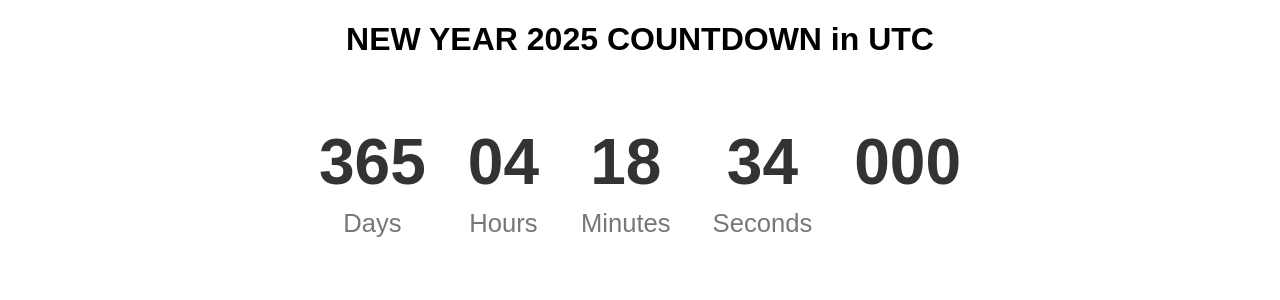
Repository: end888160/end888160.github.io
Page: countdown2025.ja.html
An editor plug-in stored every save of this project. The page is shown before and after the next save, followed by the edit.
The browser window is 1280 px wide. The pictures show the whole page.

Above is the page before, as saved 2024-09-21 17:36:11.
Console error: ReferenceError: countDownTarget is not defined

### countdown2025.ja.html
<!DOCTYPE html>
<html lang="ja">
<head>
    <meta charset="UTF-8">
    <meta name="viewport" content="width=device-width, initial-scale=1.0">
    <meta name="description" content="新年を祝いましょう！">
    <title>カウントダウン</title>
    <style>
    #countdown {
        display: flex;
        justify-content: center;
        align-items: center;
        font-family: Arial, Helvetica, sans-serif;
        font-size: xx-large;
        margin-top: 5%;
        color: #333;
    }

    .countdown-item {
        margin: 0 10px;
        text-align: center;
        text-align: center;
    }

    .countdown-value {
        font-size: 2em;
        font-weight: bold;
    }

    .countdown-label {
        font-size: 0.8em;
        color: #777;
    }
    td {
        padding-left: 20px;
        padding-right: 20px;
    }
    h1 {
        text-align: center;
        font-family: Arial, Helvetica, sans-serif;
        font-size: xx-large;
    }
    @media (prefers-color-scheme: light) {
        html {
        background-color: white;
        color: black;
        }
    }
    @media (prefers-color-scheme: dark) {
        html {
        background-color: black;
        color: white;
        }
    }
    </style>
</head>
<body>
    <h1 id="header"></h1>
    <div id="countdown">
    <table class="countdown-item">
    <tr>
        <td><span class="countdown-value" id="days"></span></td>
        <td><span class="countdown-value" id="hours"></span></td>
        <td><span class="countdown-value" id="minutes"></span></td>
        <td><span class="countdown-value" id="seconds"></span></td>
        <td><span class="countdown-value" id="mseconds"></span><span class="countdown-label"></span></td>
    </tr>
        <td><span class="countdown-label">Days</span></td>
        <td><span class="countdown-label">Hours</span></td>
        <td><span class="countdown-label">Minutes</span></td>
        <td><span class="countdown-label">Seconds</span></td>
        <td></td>
</table>

    <script>

// Update the count down every 1 second]

var x = setInterval(function() {

    // Set the date we're counting down to
    var countDownTarget = 2025
    var countDownDate = new Date("Jan 1, " + countDownTarget + " 00:00:00").getTime();
    var currentTimeZone = Intl.DateTimeFormat().resolvedOptions().timeZone

    // Get today's date and time
    var now = new Date().getTime();

    // Find the distance between now and the count down date
    var distance = countDownDate - now;

    // Time calculations for days, hours, minutes and seconds
    var days = Math.floor(distance / (1000 * 60 * 60 * 24));
    var hours = Math.floor((distance % (1000 * 60 * 60 * 24)) / (1000 * 60 * 60));
    const hour = hours < 10 ? "0" + hours : hours;
    var minutes = Math.floor((distance % (1000 * 60 * 60)) / (1000 * 60));
    const minute = minutes < 10 ? "0" + minutes : minutes;
    var seconds = Math.floor((distance % (1000 * 60)) / 1000);
    const second = seconds < 10 ? "0" + seconds : seconds;
    var mseconds = Math.floor(distance % 1000);
    const msecond = mseconds < 10 ? "0" + "0" + mseconds : mseconds < 100 ? "0" + mseconds : mseconds;

    // Display the result in the element with id="countdown"
    document.getElementById("days").innerHTML = days;
    document.getElementById("hours").innerHTML = hour;
    document.getElementById("minutes").innerHTML = minute;
    document.getElementById("seconds").innerHTML = second;
    document.getElementById("mseconds").innerHTML = msecond;
    if ( currentTimeZone === "undefined" ) {
        document.getElementById("header").innerHTML = "NEW YEAR " + countDownTarget + " COUNTDOWN"
    } else {
        document.getElementById("header").innerHTML = "NEW YEAR " + countDownTarget + " COUNTDOWN in " + currentTimeZone;
    }


    // If the count down is finished, write some text
    if (distance < 0) {
        clearInterval(x);
        document.getElementById("countdown").innerHTML = "HAPPY NEW YEAR!";
    }
}, 0);
document.title = "Countdown to " + countDownTarget;
    </script>
</body>
</html>

After the next save:
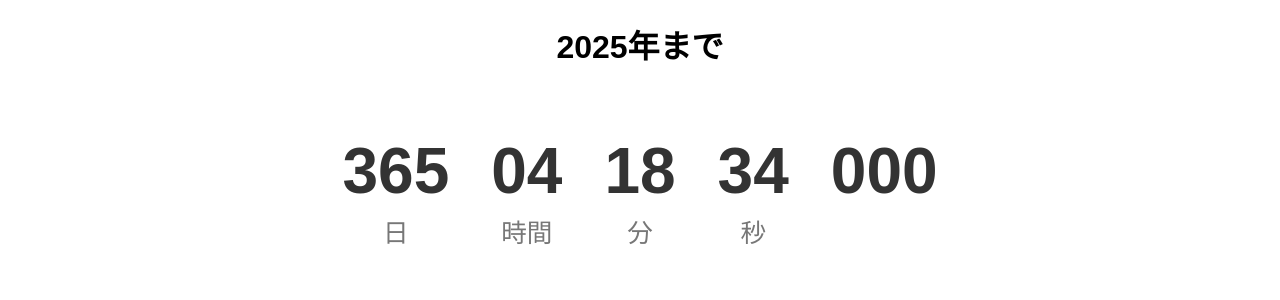
Saved 91 s later.
--- a/countdown2025.ja.html
+++ b/countdown2025.ja.html
@@ -65,10 +65,10 @@
         <td><span class="countdown-value" id="seconds"></span></td>
         <td><span class="countdown-value" id="mseconds"></span><span class="countdown-label"></span></td>
     </tr>
-        <td><span class="countdown-label">Days</span></td>
-        <td><span class="countdown-label">Hours</span></td>
-        <td><span class="countdown-label">Minutes</span></td>
-        <td><span class="countdown-label">Seconds</span></td>
+        <td><span class="countdown-label">日</span></td>
+        <td><span class="countdown-label">時間</span></td>
+        <td><span class="countdown-label">分</span></td>
+        <td><span class="countdown-label">秒</span></td>
         <td></td>
 </table>
 
@@ -107,9 +107,9 @@ var x = setInterval(function() {
     document.getElementById("seconds").innerHTML = second;
     document.getElementById("mseconds").innerHTML = msecond;
     if ( currentTimeZone === "undefined" ) {
-        document.getElementById("header").innerHTML = "NEW YEAR " + countDownTarget + " COUNTDOWN"
+        document.getElementById("header").innerHTML = countDownTarget + "年まで"
     } else {
-        document.getElementById("header").innerHTML = "NEW YEAR " + countDownTarget + " COUNTDOWN in " + currentTimeZone;
+        document.getElementById("header").innerHTML = countDownTarget + "年まで"
     }
 
 
